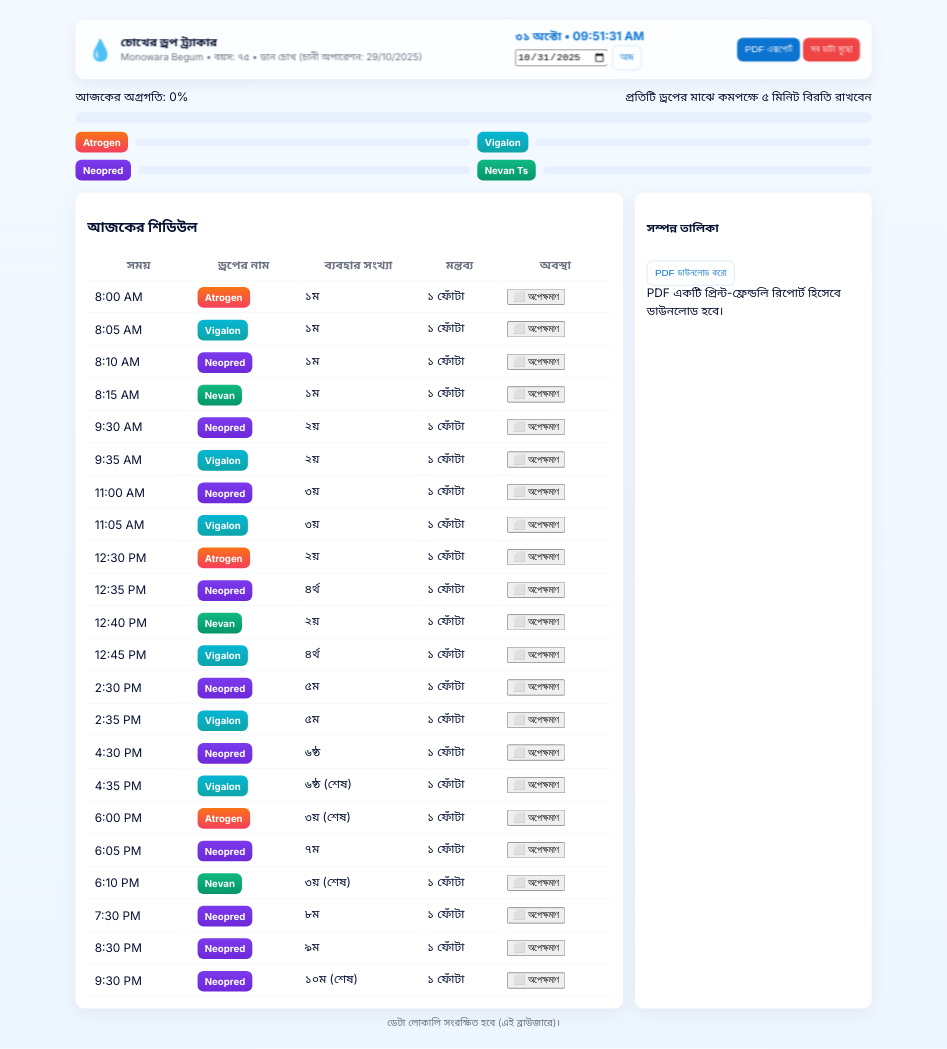
Repository: naimuddin1190/EyeDrop-Tracker
Page: index.html
The author's editor kept a copy of each file at every save. The page is drawn from the files as they stood at one save, then again after a run of saves.
The browser window is 1280 px wide. The pictures show the whole page, at 74% of full size.

Above is the page before, as saved 2025-10-31 10:52:06.

### index.html
<!doctype html>
<html lang="bn">
<head>
  <meta charset="utf-8" />
  <meta name="viewport" content="width=device-width,initial-scale=1" />
  <title>চোখের ড্রপ ট্র্যাকার — Monowara Begum</title>

  <!-- Fonts -->
  <link href="https://fonts.googleapis.com/css2?family=Inter:wght@400;600;700&family=Noto+Sans+Bengali:wght@400;600&display=swap" rel="stylesheet">

  <!-- Styles -->
  <link rel="stylesheet" href="styles.css">

  <!-- html2pdf -->
  <script src="https://unpkg.com/html2pdf.js@0.9.3/dist/html2pdf.bundle.min.js"></script>
</head>
<body>
  <div class="app">
    <header class="topbar">
      <div class="brand">
        <div class="logo">💧</div>
        <div>
          <div class="title">চোখের ড্রপ ট্র্যাকার</div>
          <div class="subtitle">Monowara Begum • বয়স: ৭৫ • ডান চোখ (চানী অপারেশন: 29/10/2025)</div>
        </div>
      </div>

      <div class="top-center">
        <div class="live-time" id="liveTime">—:—</div>
        <div class="date-controls">
          <input type="date" id="viewDate">
          <button id="todayBtn" class="btn ghost">আজ</button>
        </div>
      </div>

      <div class="top-right">
        <button id="exportPdf" class="btn">PDF এক্সপোর্ট</button>
        <button id="clearAll" class="btn danger">সব ডাটা মুছো</button>
      </div>
    </header>

    <!-- Overall progress -->
    <section class="progress-wrap">
      <div class="progress-info">
        <div id="progressText">আজকের অগ্রগতি: 0%</div>
        <div class="small-note">প্রতিটি ড্রপের মাঝে কমপক্ষে ৫ মিনিট বিরতি রাখবেন</div>
      </div>
      <div class="progress-bar-bg">
        <div id="progressBar" class="progress-bar-fill"></div>
      </div>
    </section>

    <!-- 4 individual medicine progress -->
    <section class="progress-multi">
      <div class="med-progress">
        <span class="med-badge med-atrogen">Atrogen</span>
        <div class="progress-bar-bg small"><div id="prog-atrogen" class="progress-bar-fill"></div></div>
      </div>
      <div class="med-progress">
        <span class="med-badge med-vigalon">Vigalon</span>
        <div class="progress-bar-bg small"><div id="prog-vigalon" class="progress-bar-fill"></div></div>
      </div>
      <div class="med-progress">
        <span class="med-badge med-neopred">Neopred</span>
        <div class="progress-bar-bg small"><div id="prog-neopred" class="progress-bar-fill"></div></div>
      </div>
      <div class="med-progress">
        <span class="med-badge med-nevan">Nevan Ts</span>
        <div class="progress-bar-bg small"><div id="prog-nevan" class="progress-bar-fill"></div></div>
      </div>
    </section>

    <!-- Main area -->
    <main class="content">
      <section class="card schedule-card">
        <h3>আজকের শিডিউল</h3>
        <div class="table-wrap">
          <table id="scheduleTable" class="schedule-table">
            <thead>
              <tr>
                <th>সময়</th>
                <th>ড্রপের নাম</th>
                <th>ব্যবহার সংখ্যা</th>
                <th>মন্তব্য</th>
                <th>অবস্থা</th>
              </tr>
            </thead>
            <tbody id="scheduleBody"></tbody>
          </table>
        </div>
      </section>

      <aside class="card side-card">
        <h4>সম্পন্ন তালিকা</h4>
        <ul id="completedList" class="completed-list"></ul>
        <div class="side-actions">
          <button id="exportPdfManual" class="btn ghost">PDF ডাউনলোড করো</button>
          <div class="small-note">PDF একটি প্রিন্ট-ফ্রেন্ডলি রিপোর্ট হিসেবে ডাউনলোড হবে।</div>
        </div>
      </aside>
    </main>

    <div id="pdfContainer" style="display:none;"></div>
    <footer class="footer">ডেটা লোকালি সংরক্ষিত হবে (এই ব্রাউজারে)।</footer>
  </div>

  <script src="https://cdnjs.cloudflare.com/ajax/libs/html2pdf.js/0.10.1/html2pdf.bundle.min.js"></script>

  <script src="app.js"></script>
</body>
</html>

### styles.css
:root{
  --bg:#f6fbff;
  --card:#ffffff;
  --accent:#0b74d1;
  --accent-2:#7c3aed;
  --muted:#6b7280;
  --green:#10b981;
  --danger:#ef4444;
}

*{box-sizing:border-box}
body{
  margin:0;
  font-family:"Inter","Noto Sans Bengali",system-ui;
  background:linear-gradient(180deg,#f3f9ff 0%,#eef6ff 100%);
  color:#071233;
}

/* Container */
.app{max-width:1100px;margin:14px auto;padding:12px;}

/* Topbar */
.topbar{
  display:flex;align-items:center;justify-content:space-between;
  gap:12px;padding:12px 16px;border-radius:12px;
  background:rgba(255,255,255,0.8);box-shadow:0 6px 22px rgba(9,30,66,0.08);
  backdrop-filter:blur(6px);flex-wrap:wrap;
}
.brand{display:flex;align-items:center;gap:10px}
.logo{font-size:28px}
.title{font-weight:700;font-size:16px}
.subtitle{font-size:13px;color:var(--muted)}
.live-time{color:var(--accent);font-weight:700}
.btn{background:var(--accent);color:#fff;padding:8px 10px;border-radius:8px;border:0;cursor:pointer}
.btn.ghost{background:transparent;color:var(--accent);border:1px solid rgba(11,116,209,0.2)}
.btn.danger{background:var(--danger)}
.date-controls{display:flex;align-items:center;gap:6px}

/* Progress */
.progress-wrap{margin-top:14px;display:flex;flex-direction:column;gap:8px}
.progress-bar-bg{height:14px;background:#e6f0ff;border-radius:12px;overflow:hidden}
.progress-bar-fill{height:100%;width:0%;background:linear-gradient(90deg,var(--accent),var(--accent-2));transition:width 400ms ease}
.progress-info{display:flex;justify-content:space-between;align-items:center}

/* Small individual bars */
.progress-multi{display:grid;grid-template-columns:1fr 1fr;gap:10px;margin-top:12px;}
.med-progress{display:flex;align-items:center;gap:10px}
.progress-bar-bg.small{flex:1;height:10px}
.med-badge{padding:6px 10px;border-radius:8px;color:#fff;font-weight:700;font-size:13px}
.med-atrogen{background:linear-gradient(180deg,#f97316,#f43f5e)}
.med-vigalon{background:linear-gradient(180deg,#06b6d4,#0ea5a9)}
.med-neopred{background:linear-gradient(180deg,#7c3aed,#6d28d9)}
.med-nevan{background:linear-gradient(180deg,#10b981,#059669)}

/* Layout */
.content{display:grid;grid-template-columns:1fr 320px;gap:16px;margin-top:16px}
.card{background:var(--card);padding:16px;border-radius:12px;box-shadow:0 8px 28px rgba(13,27,65,0.06)}
.table-wrap{overflow:auto}

/* Table */
.schedule-table{width:100%;border-collapse:collapse;min-width:560px}
.schedule-table th{padding:8px;border-bottom:1px solid #eef4ff;color:var(--muted)}
.schedule-table td{padding:10px;border-bottom:1px solid #f1f7ff}

/* Completed list */
.completed-list{list-style:none;padding:0;margin:0;max-height:300px;overflow:auto}
.completed-list li{background:#f3f9ff;padding:8px;margin-bottom:6px;border-radius:8px;font-weight:600;color:#073257}
.side-actions{margin-top:10px}

/* Footer */
.footer{text-align:center;font-size:13px;color:var(--muted);margin-top:10px}

/* Responsive */
@media(max-width:900px){
  .content{grid-template-columns:1fr}
  .progress-multi{grid-template-columns:1fr}
}

### app.js
/* app.js — বাংলা UI + ৪টি ড্রপের প্রগ্রেস বার + সম্পন্ন তালিকা PDF + eye-catching অপেক্ষমাণ button */

const scheduleData = [
  ["8:00 AM", "Atrogen 1%", "১ম", "১ ফোঁটা", "atrogen"],
  ["8:05 AM", "Vigalon", "১ম", "১ ফোঁটা", "vigalon"],
  ["8:10 AM", "Neopred", "১ম", "১ ফোঁটা", "neopred"],
  ["8:15 AM", "Nevan Ts", "১ম", "১ ফোঁটা", "nevan"],
  ["9:30 AM", "Neopred", "২য়", "১ ফোঁটা", "neopred"],
  ["9:35 AM", "Vigalon", "২য়", "১ ফোঁটা", "vigalon"],
  ["11:00 AM", "Neopred", "৩য়", "১ ফোঁটা", "neopred"],
  ["11:05 AM", "Vigalon", "৩য়", "১ ফোঁটা", "vigalon"],
  ["12:30 PM", "Atrogen 1%", "২য়", "১ ফোঁটা", "atrogen"],
  ["12:35 PM", "Neopred", "৪র্থ", "১ ফোঁটা", "neopred"],
  ["12:40 PM", "Nevan Ts", "২য়", "১ ফোঁটা", "nevan"],
  ["12:45 PM", "Vigalon", "৪র্থ", "১ ফোঁটা", "vigalon"],
  ["2:30 PM", "Neopred", "৫ম", "১ ফোঁটা", "neopred"],
  ["2:35 PM", "Vigalon", "৫ম", "১ ফোঁটা", "vigalon"],
  ["4:30 PM", "Neopred", "৬ষ্ঠ", "১ ফোঁটা", "neopred"],
  ["4:35 PM", "Vigalon", "৬ষ্ঠ (শেষ)", "১ ফোঁটা", "vigalon"],
  ["6:00 PM", "Atrogen 1%", "৩য় (শেষ)", "১ ফোঁটা", "atrogen"],
  ["6:05 PM", "Neopred", "৭ম", "১ ফোঁটা", "neopred"],
  ["6:10 PM", "Nevan Ts", "৩য় (শেষ)", "১ ফোঁটা", "nevan"],
  ["7:30 PM", "Neopred", "৮ম", "১ ফোঁটা", "neopred"],
  ["8:30 PM", "Neopred", "৯ম", "১ ফোঁটা", "neopred"],
  ["9:30 PM", "Neopred", "১০ম (শেষ)", "১ ফোঁটা", "neopred"]
];

const scheduleBody=document.getElementById('scheduleBody');
const completedList=document.getElementById('completedList');
const progressBar=document.getElementById('progressBar');
const progressText=document.getElementById('progressText');
const liveTime=document.getElementById('liveTime');
const viewDate=document.getElementById('viewDate');
const todayBtn=document.getElementById('todayBtn');
const exportPdf=document.getElementById('exportPdf');
const exportPdfManual=document.getElementById('exportPdfManual');
const clearAll=document.getElementById('clearAll');
const pdfContainer=document.getElementById('pdfContainer');

// ৪টি আলাদা প্রগ্রেস বারের রেফারেন্স
const progBars={
  atrogen:document.getElementById('prog-atrogen'),
  vigalon:document.getElementById('prog-vigalon'),
  neopred:document.getElementById('prog-neopred'),
  nevan:document.getElementById('prog-nevan')
};

const TOTAL=scheduleData.length;

// আজকের তারিখ
function isoToday(d=new Date()){return new Date(d.getTime()-d.getTimezoneOffset()*60000).toISOString().slice(0,10);}
viewDate.value=isoToday();

// সময় আপডেট
function updateClock(){
  const n=new Date();
  liveTime.textContent=n.toLocaleDateString('bn-BD',{month:'short',day:'numeric'})+' • '+n.toLocaleTimeString([], {hour:'2-digit',minute:'2-digit',second:'2-digit'});
}
setInterval(updateClock,1000);updateClock();

// Storage
function keyFor(d){return 'eyedrop_'+d;}
function loadDay(d){
  const raw=localStorage.getItem(keyFor(d));
  if(!raw){
    const obj=scheduleData.map((r,i)=>({idx:i,time:r[0],med:r[1],count:r[2],note:r[3],tag:r[4],taken:false}));
    localStorage.setItem(keyFor(d),JSON.stringify(obj));
    return obj;
  }
  return JSON.parse(raw);
}
function saveDay(d,arr){localStorage.setItem(keyFor(d),JSON.stringify(arr));}

// Render Table + Completed List
function render(){
  const dateStr=viewDate.value;
  const day=loadDay(dateStr);
  scheduleBody.innerHTML='';completedList.innerHTML='';

  day.forEach(it=>{
    const tr=document.createElement('tr');
    const medBadge=`<span class="med-badge med-${it.tag}">${it.med.split(' ')[0]}</span>`;
    tr.innerHTML=`<td>${it.time}</td>
                    <td>${medBadge}</td>
                    <td>${it.count}</td>
                    <td>${it.note}</td>
                    <td><button class="mark-btn ${it.taken?'done':'pending'}" data-idx="${it.idx}">${it.taken?'✅ সম্পন্ন':'⬜ অপেক্ষমাণ'}</button></td>`;
    scheduleBody.appendChild(tr);

    // সম্পন্ন তালিকায় যোগ
    if(it.taken){
      const li=document.createElement('li');
      li.textContent=`${it.time} — ${it.med} (${it.count})`;
      completedList.appendChild(li);
    }
  });

  document.querySelectorAll('.mark-btn').forEach(btn=>{
    btn.onclick=()=>{toggleTaken(dateStr,parseInt(btn.dataset.idx));};
  });

  updateProgressUI(day);
}

// Toggle Taken
function toggleTaken(d,idx){
  const day=loadDay(d);
  const item=day.find(i=>i.idx===idx);
  item.taken=!item.taken; // এক ক্লিক = ১ ফোঁটা
  saveDay(d,day);
  render();
}

// Progress Bar আপডেট
function updateProgressUI(day){
  const done=day.filter(d=>d.taken).length;
  const percent=Math.round((done/TOTAL)*100);
  progressBar.style.width=percent+'%';
  progressText.textContent=`আজকের অগ্রগতি: ${percent}%`;

  // ৪টি আলাদা প্রগ্রেস বার
  ['atrogen','vigalon','neopred','nevan'].forEach(tag=>{
    const total=day.filter(d=>d.tag===tag).length;
    const done=day.filter(d=>d.tag===tag && d.taken).length;
    const p=Math.round((done/total)*100);
    progBars[tag].style.width=p+'%';
  });
}

// Buttons
todayBtn.onclick=()=>{viewDate.value=isoToday();render();};
viewDate.onchange=()=>render();
clearAll.onclick=()=>{
  if(confirm("সব ডাটা মুছে ফেলতে চাও?")){
    Object.keys(localStorage).forEach(k=>{
      if(k.startsWith('eyedrop_')) localStorage.removeItem(k);
    });
    render();
  }
}

// PDF Export (শুধু সম্পন্ন তালিকা / টেবিল)
function generateTablePDF() {
  const dateStr = viewDate.value;
  const day = loadDay(dateStr);

  let tableHtml = `<h2 style="margin:0 0 6px 0">চোখের ড্রপ রিপোর্ট</h2>
  <div style="font-size:14px;color:#333;margin-bottom:6px">তারিখ: ${dateStr}</div>
  <table style="width:100%;border-collapse:collapse;font-size:14px">
    <thead>
      <tr>
        <th style="text-align:left;padding:6px;border-bottom:1px solid #ddd">সময়</th>
        <th style="text-align:left;padding:6px;border-bottom:1px solid #ddd">ড্রপ</th>
        <th style="padding:6px;border-bottom:1px solid #ddd">ব্যবহার সংখ্যা</th>
        <th style="padding:6px;border-bottom:1px solid #ddd">মন্তব্য</th>
        <th style="padding:6px;border-bottom:1px solid #ddd">অবস্থা</th>
      </tr>
    </thead>
    <tbody>`;

  day.forEach(it=>{
    tableHtml += `<tr>
      <td style="padding:6px;border-bottom:1px solid #f2f2f2">${it.time}</td>
      <td style="padding:6px;border-bottom:1px solid #f2f2f2">${it.med}</td>
      <td style="padding:6px;border-bottom:1px solid #f2f2f2">${it.count}</td>
      <td style="padding:6px;border-bottom:1px solid #f2f2f2">${it.note}</td>
      <td style="padding:6px;border-bottom:1px solid #f2f2f2">${it.taken?'✅ সম্পন্ন':'⬜ অপেক্ষমাণ'}</td>
    </tr>`;
  });

  tableHtml += `</tbody></table>`;
  pdfContainer.innerHTML = tableHtml;

  const opt = {
    margin: 0.5,
    filename: `EyeDrop_${dateStr}.pdf`,
    image: { type: 'jpeg', quality: 0.98 },
    html2canvas: { scale: 2 },
    jsPDF: { unit: 'in', format: 'a4', orientation: 'portrait' }
  };

  html2pdf().set(opt).from(pdfContainer).save();
}

// Attach PDF buttons
exportPdf.onclick = generateTablePDF;
exportPdfManual.onclick = generateTablePDF;

// Initial Render
render();

After the next 2 saves:
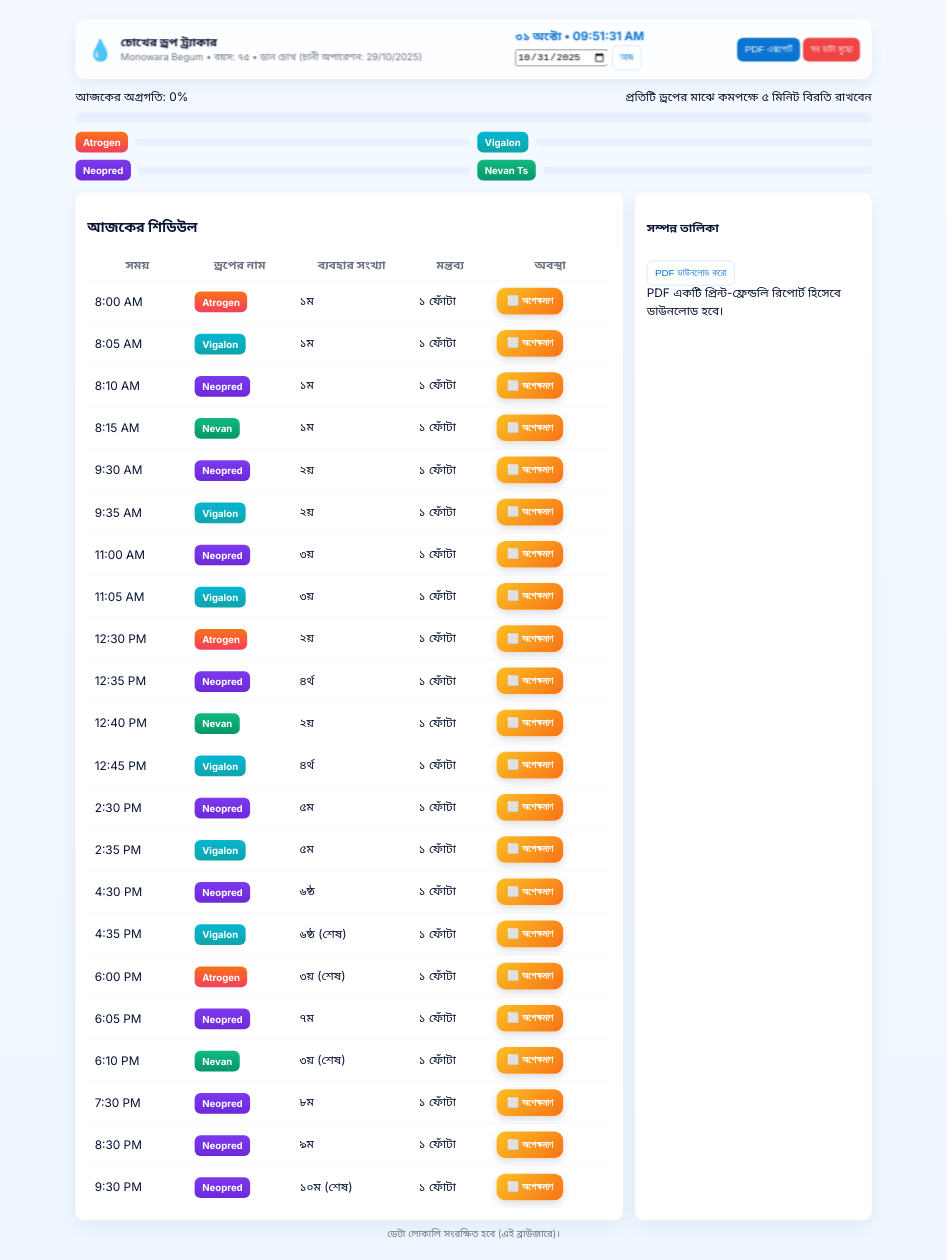
The 2 saves are shown as one change because they came seconds apart.
The last was saved 30 s later.
--- a/styles.css
+++ b/styles.css
@@ -70,6 +70,30 @@ body{
 /* Footer */
 .footer{text-align:center;font-size:13px;color:var(--muted);margin-top:10px}
 
+.mark-btn {
+  padding: 10px 14px;
+  border-radius: 12px;
+  border: none;
+  cursor: pointer;
+  font-weight: 700;
+  background: linear-gradient(135deg, #fbbf24, #f97316); /* orange gradient */
+  color: white;
+  box-shadow: 0 4px 12px rgba(0,0,0,0.15);
+  transition: transform 0.2s ease, box-shadow 0.2s ease;
+}
+
+.mark-btn:hover {
+  transform: scale(1.05);
+  box-shadow: 0 6px 18px rgba(0,0,0,0.25);
+}
+
+.mark-btn.done {
+  background: linear-gradient(90deg,#10b981,#34d399); /* green for completed */
+  color: #fff;
+  box-shadow: 0 4px 12px rgba(16,185,129,0.35);
+}
+
+
 /* Responsive */
 @media(max-width:900px){
   .content{grid-template-columns:1fr}
